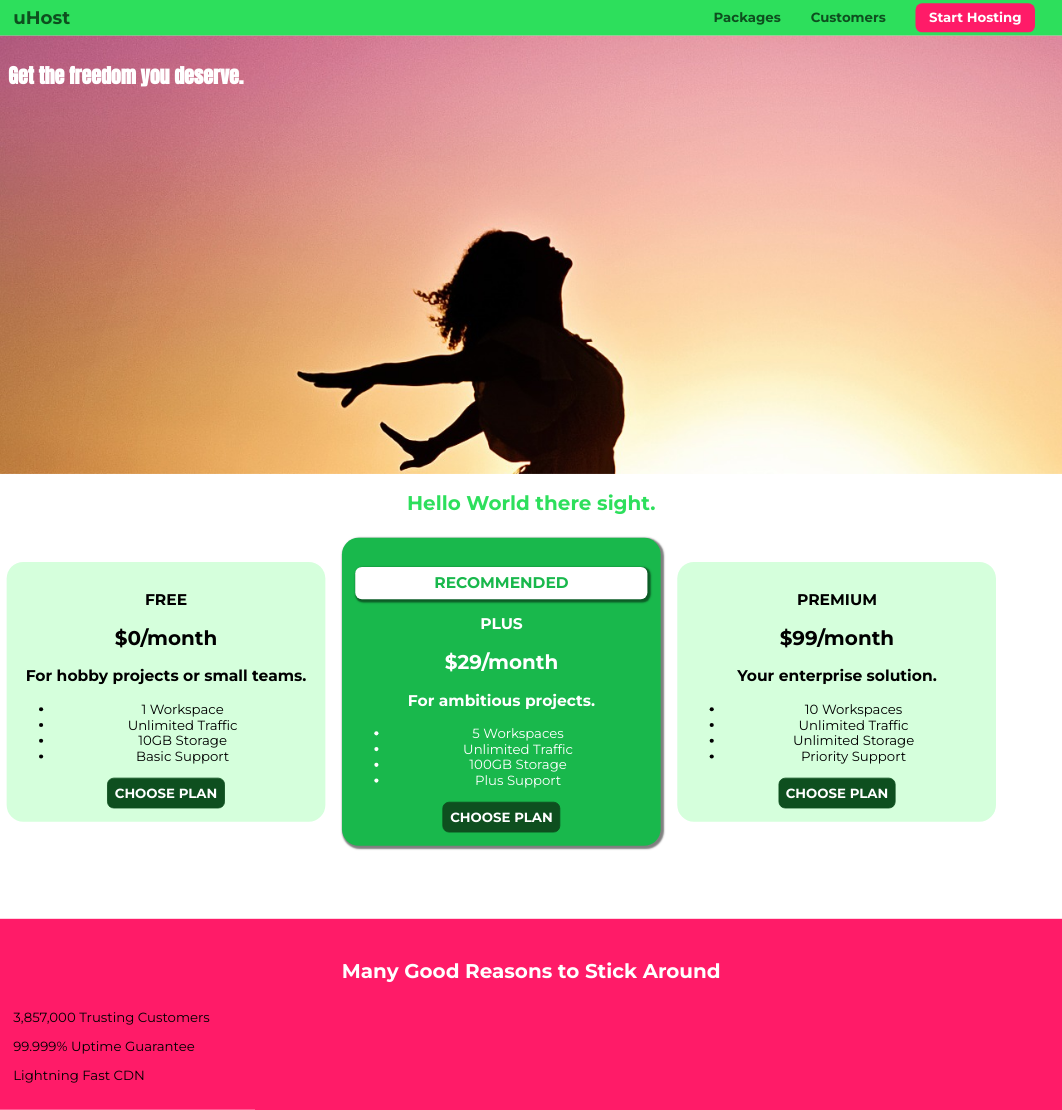
Repository: xtremer15/Css-JS
Page: Css-JS/JS and CSS Study/CSS/basics-01-understanding-the-course-project-starting-code/CSS Study/index.html
These files come from the project's save history. The page is drawn as it stood at one moment and after a run of saves; the edit follows.
The browser window is 1280 px wide. The pictures show the whole page, at 83% of full size.

Above is the page before, as saved 2020-04-01 12:51:03.

### Css-JS/JS and CSS Study/CSS/basics-01-understanding-the-course-project-starting-code/CSS Study/index.html
<!DOCTYPE html>
<html lang="en">

<head>
    <meta charset="UTF-8">
    <meta http-equiv="X-UA-Compatible" content="ie=edge">
    <title>uHost</title>
    <link rel="shortcut icon" href="favicon.png">
    <link href="https://fonts.googleapis.com/css?family=Anton" rel="stylesheet">
    <link href="https://fonts.googleapis.com/css?family=Montserrat:400,700" rel="stylesheet">
    <link rel="stylesheet" href="main.css">
</head>

<body>
    <header class="main-header">
        <div>
            <a href="index.html" class="main-header__brand">
                uHost
            </a>
        </div>
        <nav class="main-nav">
            <ul class="main-nav__items">
                <li class="main-nav__item">
                    <a href="packages/index.html">Packages</a>
                </li>
                <li class="main-nav__item">
                    <a href="customers/index.html">Customers</a>
                </li>
                <li class="main-nav__item main-nav__item--cta">
                    <a href="start-hosting/index.html">Start Hosting</a>
                </li>
            </ul>
        </nav>
    </header>
    <main>
        <section id="product-overview">
            <h1>Get the freedom you deserve.</h1>
        </section>
        <section id="plans">
            <h1 class="section-title">Hello World there sight.</h1>
            <div>
                <article class="plan">
                    <h1>FREE</h1>
                    <h2>$0/month</h2>
                    <h3>For hobby projects or small teams.</h3>
                    <ul>
                        <li>1 Workspace</li>
                        <li>Unlimited Traffic</li>
                        <li>10GB Storage</li>
                        <li>Basic Support</li>
                    </ul>
                    <div>
                        <button class="button">CHOOSE PLAN</button>
                    </div>
                </article>
                <article class="plan plan--highlighted">
                    <h1 class="plan__recommanded">RECOMMENDED</h1>
                    <h1>PLUS</h1>
                    <h2>$29/month</h2>
                    <h3>For ambitious projects.</h3>
                    <ul>
                        <li>5 Workspaces</li>
                        <li>Unlimited Traffic</li>
                        <li>100GB Storage</li>
                        <li>Plus Support</li>
                    </ul>
                    <div>
                        <button class="button">CHOOSE PLAN</button>
                    </div>
                </article>
                <article class="plan">
                    <h1>PREMIUM</h1>
                    <h2>$99/month</h2>
                    <h3>Your enterprise solution.</h3>
                    <ul>
                        <li>10 Workspaces</li>
                        <li>Unlimited Traffic</li>
                        <li>Unlimited Storage</li>
                        <li>Priority Support</li>
                    </ul>
                    <div>
                        <button class="button">CHOOSE PLAN</button>
                    </div>
                </article>
            </div>
        </section>
        <section id="key-features">
            <h1 class="section-title">Many Good Reasons to Stick Around</h1>
            <ul class="key-feature__list">
                <li class="key-feature__item">
                    <div>

                    </div>
                    <p class="key-feature__description">3,857,000 Trusting Customers</p>
                </li>
                <li class="key-feature__item">
                    <div>

                    </div>
                    <p class="key-feature__description">99.999% Uptime Guarantee</p>
                </li>
                <li class="key-feature__item">
                    <div>

                    </div>
                    <p class="key-feature__description">Lightning Fast CDN</p>
                </li>
            </ul>
        </section>
    </main>
</body>

</html>

### Css-JS/JS and CSS Study/CSS/basics-01-understanding-the-course-project-starting-code/CSS Study/main.css
* {
  box-sizing: border-box;
}

body {
  font-family: "Montserrat", sans-serif;
  margin: 0;
}

#product-overview {
  background: url("freedom.jpg");
  width: 100%;
  height: 528px;
  padding: 10px;
}

.section-title {
  color: #2ddf5c;
  text-align: center;
}

#product-overview h1 {
  color: white;
  font-family: "Anton", sans-serif;
}

.plan {
  background: #d5ffdc;
  text-align: center;
  padding: 16px;
  margin: 8px;
  display: inline-block;
  width: 30%;
  vertical-align: middle;
  border-radius: 20px;
}

.plan--highlighted {
  background-color: #19b84c;
  color: white;
  box-shadow: 2px 2px 2px 2px rgba(0, 0, 0, 0.5);
}

.plan__recommanded {
  background: white;
  color: #19b84c;
  padding: 8px;
  box-shadow: 2px 2px 2px 2px rgba(0, 0, 0, 0.5);
  border-radius: 8px;
}

.button {
  background: #0e4f1f;
  color: #fff;
  font: inherit;
  border: 1px solid #0e4f1f;
  padding: 8px;
  border-radius: 8px;
  font-weight: bold;
  cursor: pointer;
}

button:hover,
button:active {
  background: white;
  color: #0e4f1f;
}

.button:focus {
  outline: none;
}

#key-features {
  background: #ff1b68;
  margin-top: 80px;
  padding: 16px;
}

#key-features .section-title {
  color: white;
  margin: 32px;
}

.key-feature__list {
  list-style: none;
  margin: 0;
  padding: 0;
}

.key-feature__item{

}

/* h1 {
  font-family: sans-serif;
} */

.main-header {
  width: 100%;
  background: #2ddf5c;
  padding: 8px 16px;
}

.main-header > div {
  display: inline-block;
  vertical-align: middle;
}

.main-header__brand {
  color: #0e4f1f;
  text-decoration: none;
  font-weight: bold;
  font-size: 22px;
}

.main-nav {
  display: inline-block;
  text-align: right;
  width: calc(100% - 74px);
  vertical-align: middle;
}

.main-nav__items {
  margin: 0;
  padding: 0;
  list-style: none;
}

.main-nav__item {
  display: inline-block;
  margin: 0 16px;
}

.main-nav__item a {
  text-decoration: none;
  color: #0e4f1f;
  font-weight: bold;
  padding: 3px 0;
}

.main-nav__item a:hover,
.main-nav__item a:active {
  color: white;
  border-bottom: 5px solid white;
}

.main-nav__item--cta a {
  color: white;
  background: #ff1b68;
  padding: 8px 16px;
  border-radius: 8px;
}

.main-nav__item--cta a:hover,
.main-nav__item--cta a:active {
  color: #ff1b68;
  background: white;
  border: none;
}

After the next 10 saves:
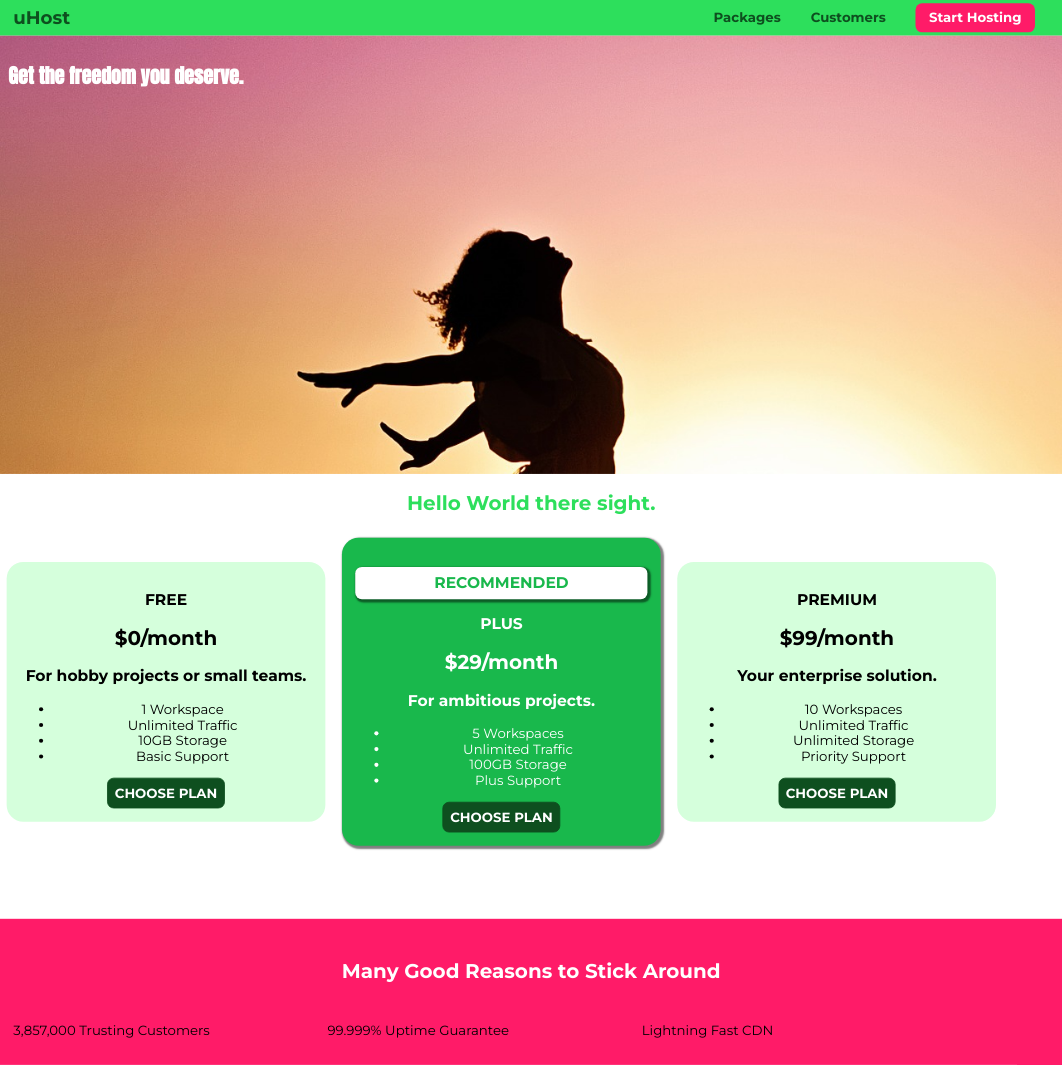
The 10 saves are shown as one change because they came seconds apart.
The last was saved 16 s later.
--- a/Css-JS/JS and CSS Study/CSS/basics-01-understanding-the-course-project-starting-code/CSS Study/main.css
+++ b/Css-JS/JS and CSS Study/CSS/basics-01-understanding-the-course-project-starting-code/CSS Study/main.css
@@ -87,8 +87,9 @@ button:active {
   padding: 0;
 }
 
-.key-feature__item{
-
+.key-feature__item {
+  display: inline-block;
+  width: 30%;
 }
 
 /* h1 {
